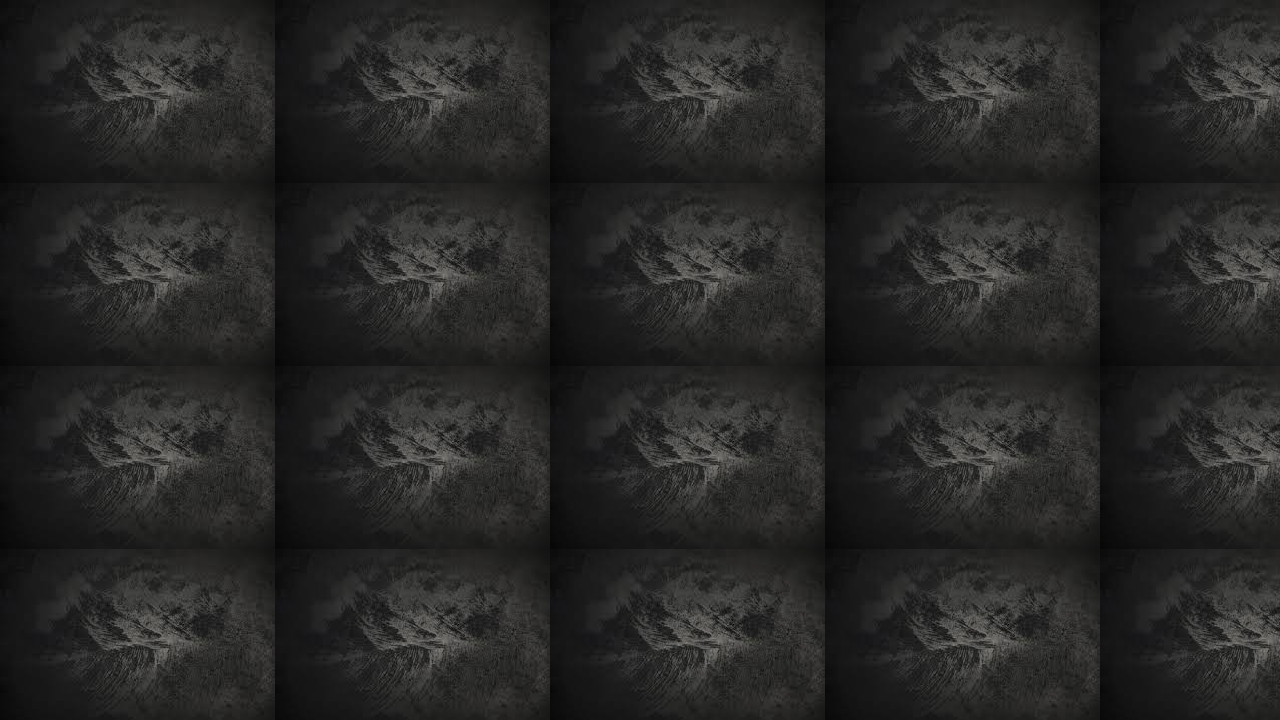
Repository: gwonjunsu95/html5
Page: html5/WebContent/day0306.html
These files come from the project's save history. The page is drawn as it stood at one moment and after the next save; the edit follows.
The browser window is 1280 px wide. The pictures show the whole page.

Above is the page before, as saved 2020-04-20 06:19:40.

### html5/WebContent/day0306.html
<!DOCTYPE html>
<html>
<head>
	<meta charset="UTF-8">
	<title>Insert title here</title>
	<style>
		*{
			margin: 0;
			padding: 0;
			text-decoration: none;
			list-style: none;
		}

		body{
			background-color: #333;
			background-image: url("imgs/bg.jpg");

		}
	</style>
</head>
<body>

</body>
</html>

After the next save:
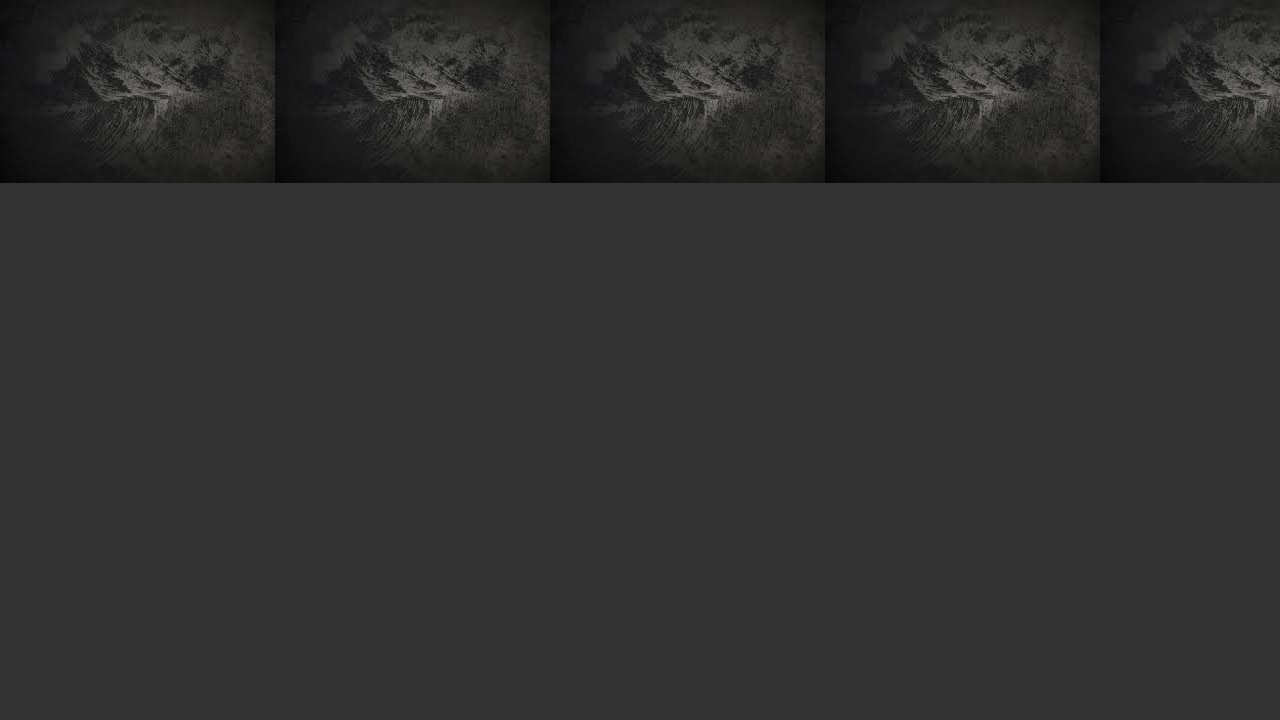
Saved 55 s later.
--- a/html5/WebContent/day0306.html
+++ b/html5/WebContent/day0306.html
@@ -14,7 +14,7 @@
 		body{
 			background-color: #333;
 			background-image: url("imgs/bg.jpg");
-
+			background-repeat: repeat-x;
 		}
 	</style>
 </head>
